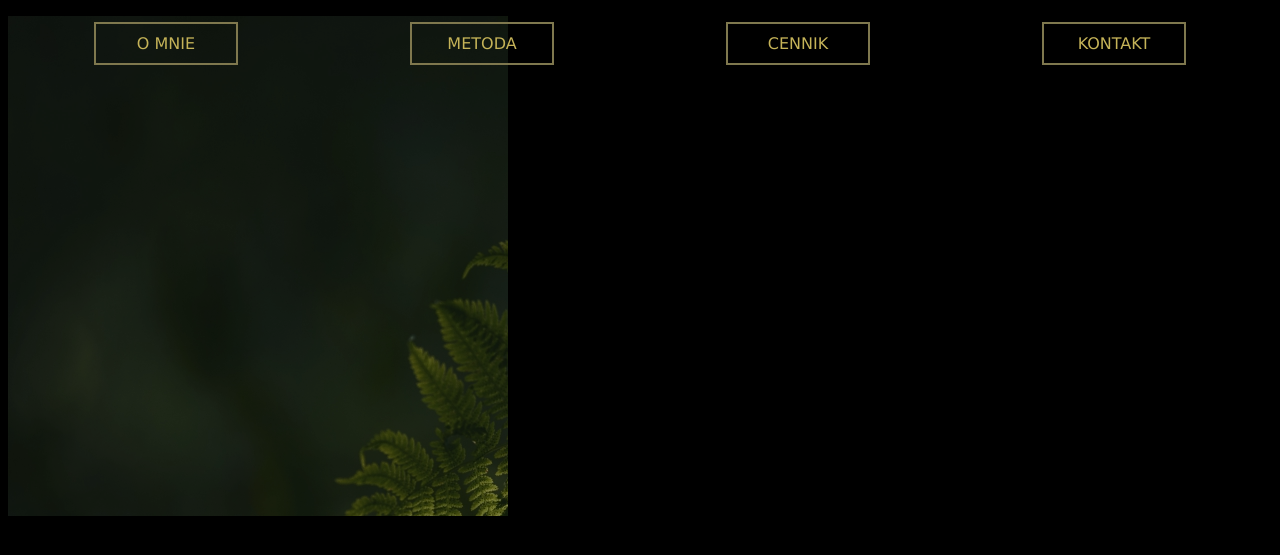
Repository: LechCieslak/Anna_Cieslak_v2.1
Page: index.html
The author's editor kept a copy of each file at every save. The page is drawn from the files as they stood at one save, then again after a run of saves.
The browser window is 1280 px wide. The pictures show the whole page.

Above is the page before, as saved 2020-09-17 16:17:23.

### index.html
<!DOCTYPE html>
<html lang="pl">
<head>
    <meta charset="UTF-8">
    <meta name="viewport" content="width=device-width, initial-scale=1.0">
    <link rel="stylesheet" href="style.css">
    <title>Przyjazne miejsce</title>
</head>
<body>
    <main>

            <div class="menu">
                <ul>
                    <li class="li1">O MNIE</li>
                    <li class="li2">METODA</li>
                    <li class="li3">CENNIK</li>
                    <li class="li4">KONTAKT</li>
                </ul>
            </div>

            <div class="oMnie shape">
                <h1>O MNIE</h1>
                <p>Anna Cieślak - psycholog, psychoterapeuta
                    <br><br>
                    Prowadzę indywidualną długoterminową psychoterapię osób dorosłych oraz młodzieży 16+. Od kilku lat w duchu Rodzicielstwa Bliskości wspieram rodziców oraz nauczycieli w codziennych wyzwaniach związanych z budowaniem relacji z dziećmi. Pracuję z dziećmi i młodzieżą w placówkach edukacyjnych (głównie są to tzw. szkoły alternatywne, realizujące program MEN w autorski sposób). <br>
                    W swojej pracy łączę humanistyczne i psychodynamiczne spojrzenie na klienta. Ukończyłam kursy i szkolenia z zakresu psychoterapii i psychopedagogiki w Ośrodku Terapii i Rozwoju Gestalt, w Laboratorium Psychoedukacji, Podyplomowym Studium Relacji Interpersonalnych i Profilaktyki Uzależnień UKSW oraz Akademii Rodziców i Wychowawców w Fundacji Bullerbyn. Ważnym dla mnie doświadczeniem było szkolenie wstępne z zakresu NVC prowadzone przez Zofię Schacht-Petersen. <br>
                    Prywatną praktykę prowadzę od 2013 roku. Swoją pracę poddaję regularnej superwizji, prowadzonej przez superwizora Polskiego Towarzystwa Psychologicznego.</p>
            </div>

            <div class="metoda shape">
                <h1>METODA</h1>
                <p>Lorem, ipsum dolor sit amet consectetur adipisicing elit. Tenetur illum, dolores ipsum earum qui eligendi quaerat itaque debitis quo cumque repudiandae fugit quisquam nisi quas sunt voluptatem alias enim vero porro reprehenderit. Quisquam possimus labore voluptate facere voluptatum mollitia eveniet dicta quis vitae ullam quae saepe veniam quos ut, dolor, fuga repellat, veritatis quam modi odio placeat! Vero, reprehenderit repellendus? Delectus sit voluptate minus quam ratione numquam ipsum nemo commodi rem nesciunt consequatur, sunt cumque, repellat aliquam excepturi dolores aut suscipit minima nisi veritatis itaque ad explicabo perspiciatis voluptatibus! Cumque id adipisci officiis facere, tenetur quod provident. Eveniet, exercitationem necessitatibus.</p>
            </div>

            <div class="cennik shape">
                <h1>CENNIK</h1>
                <p>Lorem, ipsum dolor sit amet consectetur adipisicing elit. Tenetur illum, dolores ipsum earum qui eligendi quaerat itaque debitis quo cumque repudiandae fugit quisquam nisi quas sunt voluptatem alias enim vero porro reprehenderit. Quisquam possimus labore voluptate facere voluptatum mollitia eveniet dicta quis vitae ullam quae saepe veniam quos ut, dolor, fuga repellat, veritatis quam modi odio placeat! Vero, reprehenderit repellendus? Delectus sit voluptate minus quam ratione numquam ipsum nemo commodi rem nesciunt consequatur, sunt cumque, repellat aliquam excepturi dolores aut suscipit minima nisi veritatis itaque ad explicabo perspiciatis voluptatibus! Cumque id adipisci officiis facere, tenetur quod provident. Eveniet, exercitationem necessitatibus.</p>
            </div>

            <div class="kontakt shape">
                <h1>KONTAKT</h1>
                <p>Lorem, ipsum dolor sit amet consectetur adipisicing elit. Tenetur illum, dolores ipsum earum qui eligendi quaerat itaque debitis quo cumque repudiandae fugit quisquam nisi quas sunt voluptatem alias enim vero porro reprehenderit. Quisquam possimus labore voluptate facere voluptatum mollitia eveniet dicta quis vitae ullam quae saepe veniam quos ut, dolor, fuga repellat, veritatis quam modi odio placeat! Vero, reprehenderit repellendus? Delectus sit voluptate minus quam ratione numquam ipsum nemo commodi rem nesciunt consequatur, sunt cumque, repellat aliquam excepturi dolores aut suscipit minima nisi veritatis itaque ad explicabo perspiciatis voluptatibus! Cumque id adipisci officiis facere, tenetur quod provident. Eveniet, exercitationem necessitatibus.</p>
            </div>
    </main>


    <script src="app.js"></script>
</body>
</html>

### style.css
* {
    font-family: verdana;
    padding: 0px;
}

body {
    --tlo: #4C6464;
    --text: #C5B358;
    --ramka: #7F784E;
    background-position-x: center;
    background-color: black;
    color: var(--text);
    /* animation: backgroundEffPoz 3s forwards; */
    display: block;
    position: relative;
}

body::after {
    content: "";
    background: url("images/background-poz.jpg");
    opacity: 0.6;
    /* background-color: red; */
    top: 0;
    left: 0;
    bottom: 0;
    right: 0;
    position: absolute;
    width: 500px;
    height: 500px;
    z-index: -1;
}

ul {
    display: flex;
    justify-content: space-around;
}

.menu li {
    margin-top: 6px;
    padding: 10px;
    display: inline-block;
    border: solid 2px var(--ramka);
    list-style-type: none;
    width: 120px;
    cursor: pointer;
    text-align: center;
}

.shape {
    border: solid 3px var(--ramka);
    /* width: 70%; */
    opacity: 0;
    padding: 10px;
    position: absolute;
    text-align: justify;
}

.nowa {
    opacity: 1;
}

@keyframes backgroundEffPoz {
    100% {
            background-image: url("images/background-poz.jpg");
    }
}
@keyframes backgroundEffPion {
    100% {
            background-image: url("images/background-pion.jpg");
    }
}

/* style css - duże ekrany
@media (min-width: 1100px) {
    body {
        font-size: 30px;
    }
} */

@media (max-width: 600px) {
    body {
        /* style css - tel. pionowo */
        /* background-image: url("images/background-pion.jpg"); */
        font-size: 10px;
        background-position-x: center;
        animation: backgroundEffPion 3s forwards;
    }

    .menu li {
        width: 50px;
        height: 8px;
        padding-top: 6px;
    }
}

@media (max-width: 320px) {
    ul {
        width: 55px;
        display: block;
    }
}

### app.js
let a = document.querySelector('.li1');
let b = document.querySelector('.oMnie');
let c = document.querySelector('.li2');
let d = document.querySelector('.metoda');
let e = document.querySelector('.li3');
let f = document.querySelector('.cennik');
let g = document.querySelector('.li4');
let h = document.querySelector('.kontakt');

a.addEventListener('click', e => {
  b.classList.toggle("nowa");
  d.classList.remove("nowa");
  f.classList.remove("nowa");
  h.classList.remove("nowa");
});


c.addEventListener('click', e => {
  d.classList.toggle("nowa");
  b.classList.remove("nowa");
  f.classList.remove("nowa");
  h.classList.remove("nowa");
});

e.addEventListener('click', e => {
  f.classList.toggle("nowa");
  b.classList.remove("nowa");
  d.classList.remove("nowa");
  h.classList.remove("nowa");
});


g.addEventListener('click', e => {
  h.classList.toggle("nowa");
  b.classList.remove("nowa");
  d.classList.remove("nowa");
  f.classList.remove("nowa");
});

After the next 2 saves:
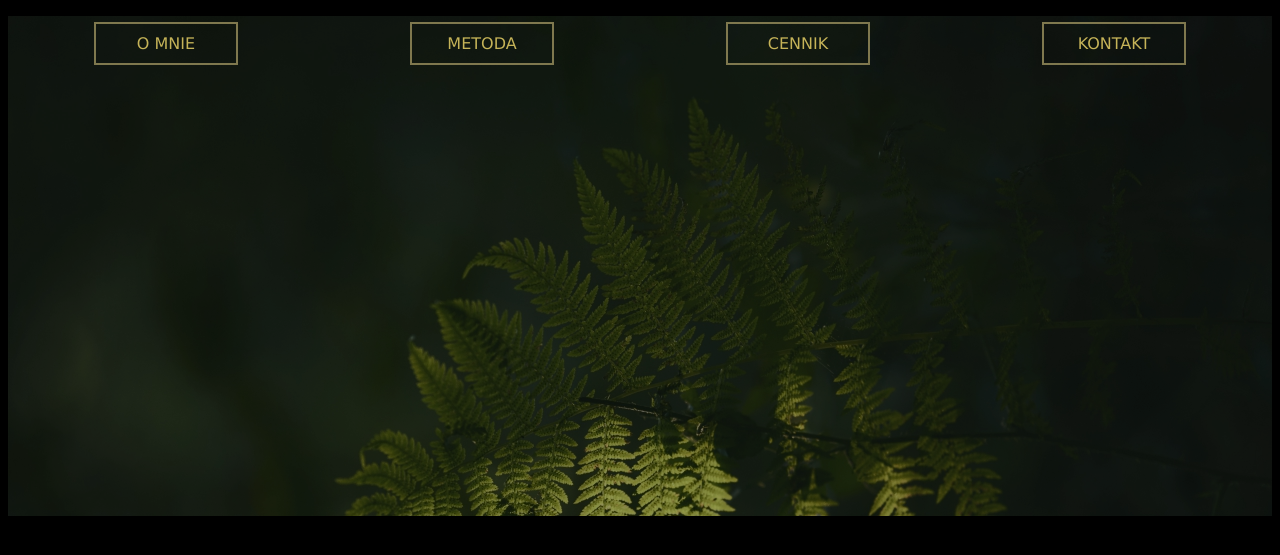
The 2 saves are shown as one change because they came seconds apart.
The last was saved 5 s later.
--- a/style.css
+++ b/style.css
@@ -25,7 +25,7 @@ body::after {
     bottom: 0;
     right: 0;
     position: absolute;
-    width: 500px;
+    width: 100%;
     height: 500px;
     z-index: -1;
 }
